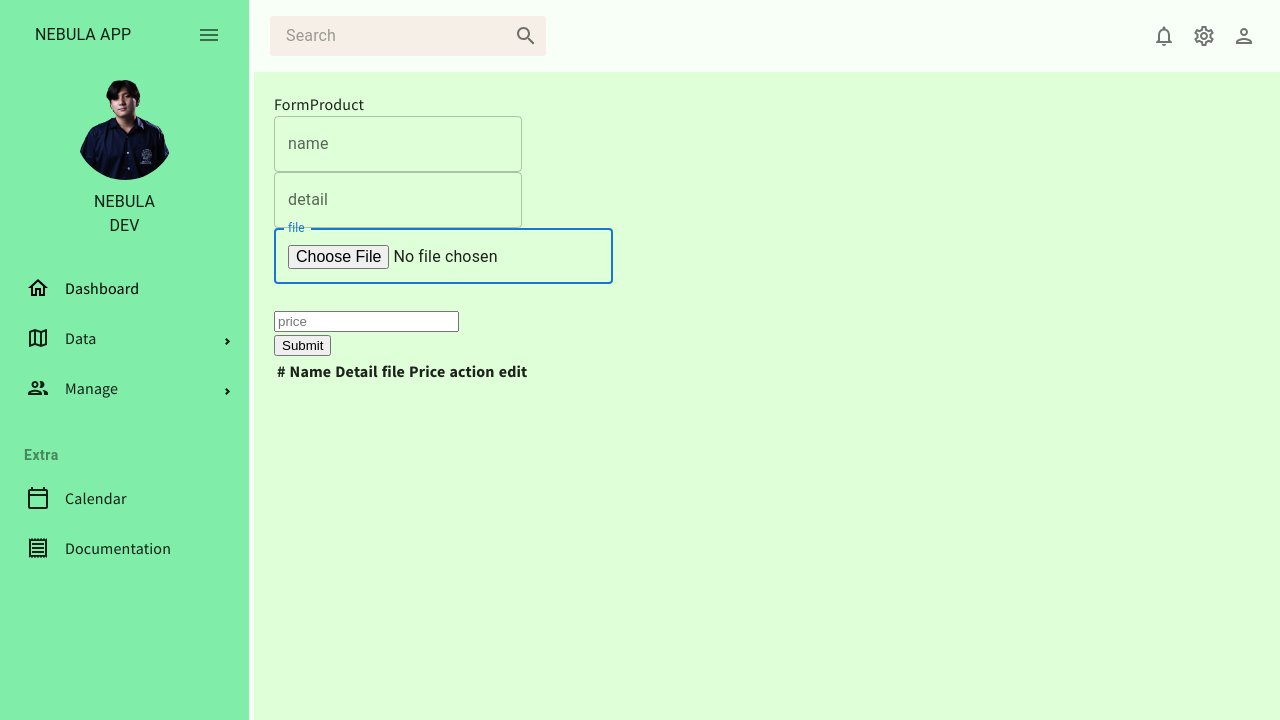
Repository: supakorn5039-boon/MERN
Page: /admin/viewtable (app in client/)
An editor plug-in stored every save of this project. The page is shown before and after the next save, followed by the edit.
The browser window is 1280 px wide. The pictures show the whole page.
The page's requests for data from a server got no answer. The project was rebuilt for these pictures with package versions that can differ from the ones it lists, and the page was loaded fresh each time. No one was signed in, and anything a server would have sent is missing. Also part of the build but not shown: client/src/App.css, client/src/components/FormEditProducts.jsx.

Above is the page before, as saved 2023-11-01 14:07:17.

After the next save:
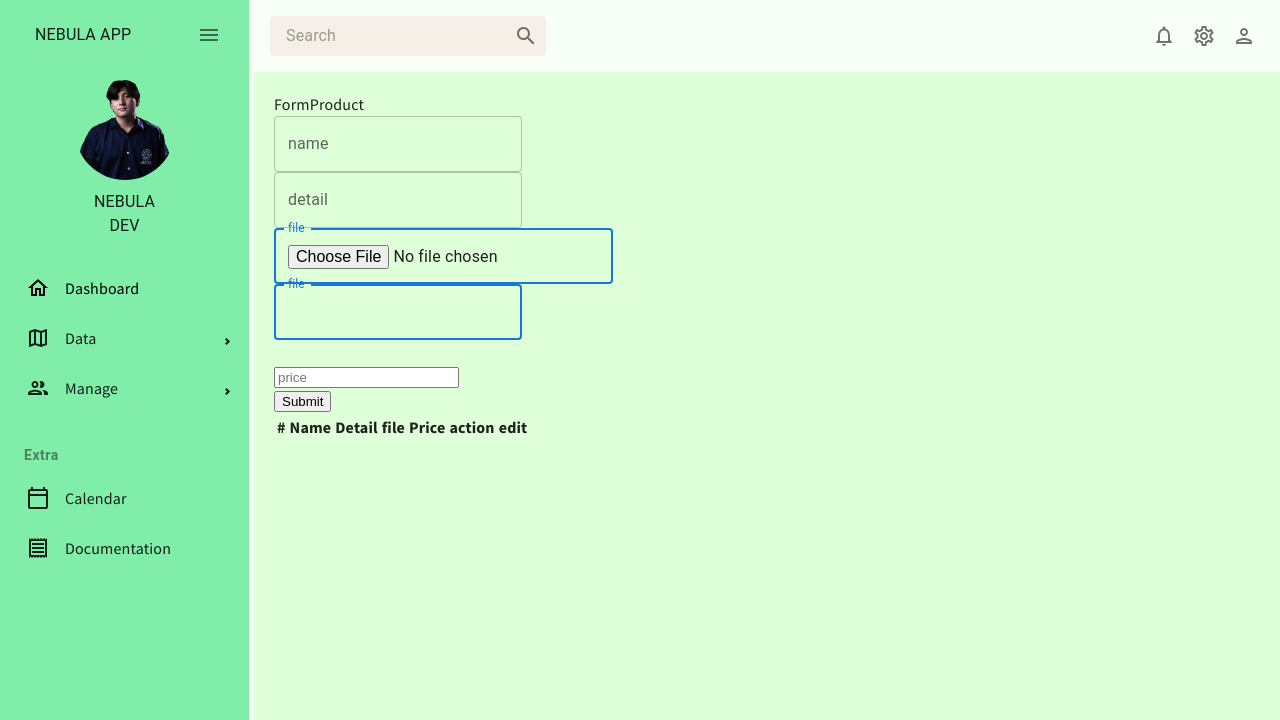
Saved 55 s later.
--- a/client/src/components/FormProduct.js
+++ b/client/src/components/FormProduct.js
@@ -97,6 +97,18 @@ const FormProduct = () => {
           />
         </div>
 
+        <div>
+          <TextField
+            type="number"
+            id="outlined-basic"
+            label="file"
+            name="file"
+            onChange={(e) => handleChange(e)}
+            variant="outlined"
+            focused
+          />
+        </div>
+
         <br />
         <input
           type="text"
